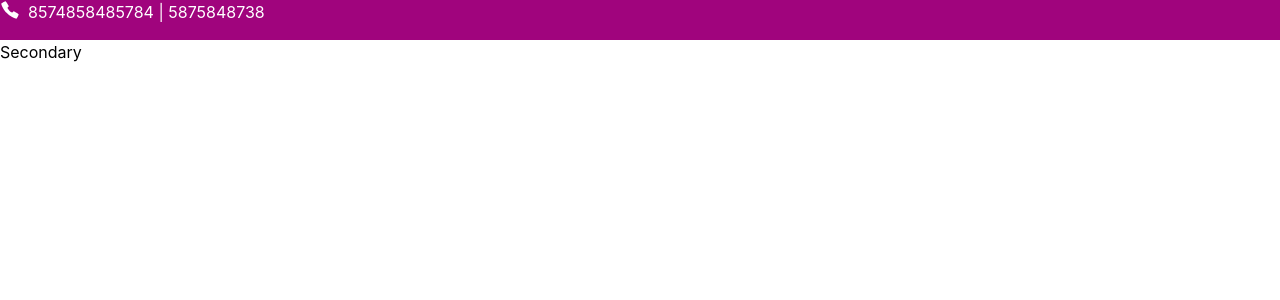
Repository: Sushant203/react-training-
Page: /
These files come from the project's save history. The page is drawn as it stood at one moment and after the next save; the edit follows.
The browser window is 1280 px wide. The pictures show the whole page.
The project was rebuilt for these pictures with package versions that can differ from the ones it lists, and the page was loaded fresh each time. Also part of the build but not shown: src/App.css, src/components/LowerNav.jsx, src/components/UpperNav.jsx.

Above is the page before, as saved 2022-12-19 09:28:19.

### src/App.js

import './App.css';
import LowerNav from './components/LowerNav';
import UpperNav from './components/UpperNav';
import Layout from './Hoc/Layout/Layout'

function App() {
  return (
    <div>
     <Layout />
    </div>
  );
}

export default App;

### src/Hoc/Layout/Layout.jsx
import React from "react";
import Toolbar from "../../components/Naviagtion/Toolbar/index";

function Layout() {
  return (
    <div>
      {/* toolbar */}
      <Toolbar />
    </div>
  );
}

export default Layout;

### src/components/Naviagtion/Toolbar/index.jsx
import React from "react";
import Header from "./header";
import Secondary from "./Secondary";

function Index() {
  return (
    <div className="h-10 bg-red-400 w-screen">
      <Header />
      <Secondary />
    </div>
  );
}

export default Index;

### src/components/Naviagtion/Toolbar/header.jsx
import React from "react";
import { IoCallSharp } from "react-icons/io5";
import { HiMail } from "react-icons/hi";
function Header() {
  return (
    <div className="h-10 bg-mainColor w-full">
      <div>
        <div className="flex gap-2 text-white">
          <IoCallSharp className="text-xl text-white" />
          8574858485784 | 5875848738
        </div>
      </div>
    </div>
  );
}

export default Header;

### src/components/Naviagtion/Toolbar/Secondary.jsx
import React from "react";

function Secondary() {
  return <div>Secondary</div>;
}

export default Secondary;

### tailwind.config.js
/** @type {import('tailwindcss').Config} */
module.exports = {
  content: [
    "./src/**/*.{js,jsx,ts,tsx}",
  ],
  theme: {
    extend: {
      colors:{
        mainColor:'#A0047D'
      }
    },
  },
  plugins: [],
}

Loaded but not shown: public/index.html (common file); src/index.js (common file); src/index.css (common file); src/reportWebVitals.js (common file)

After the next save:
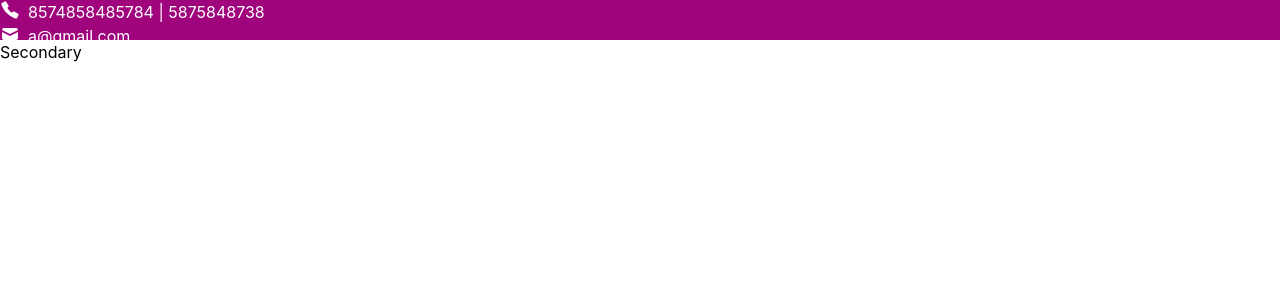
Saved 45 s later.
--- a/src/components/Naviagtion/Toolbar/header.jsx
+++ b/src/components/Naviagtion/Toolbar/header.jsx
@@ -9,6 +9,10 @@ function Header() {
           <IoCallSharp className="text-xl text-white" />
           8574858485784 | 5875848738
         </div>
+        <div className="text-white flex gap-2">
+          <HiMail className="text-xl" />
+          a@gmail.com
+        </div>
       </div>
     </div>
   );
